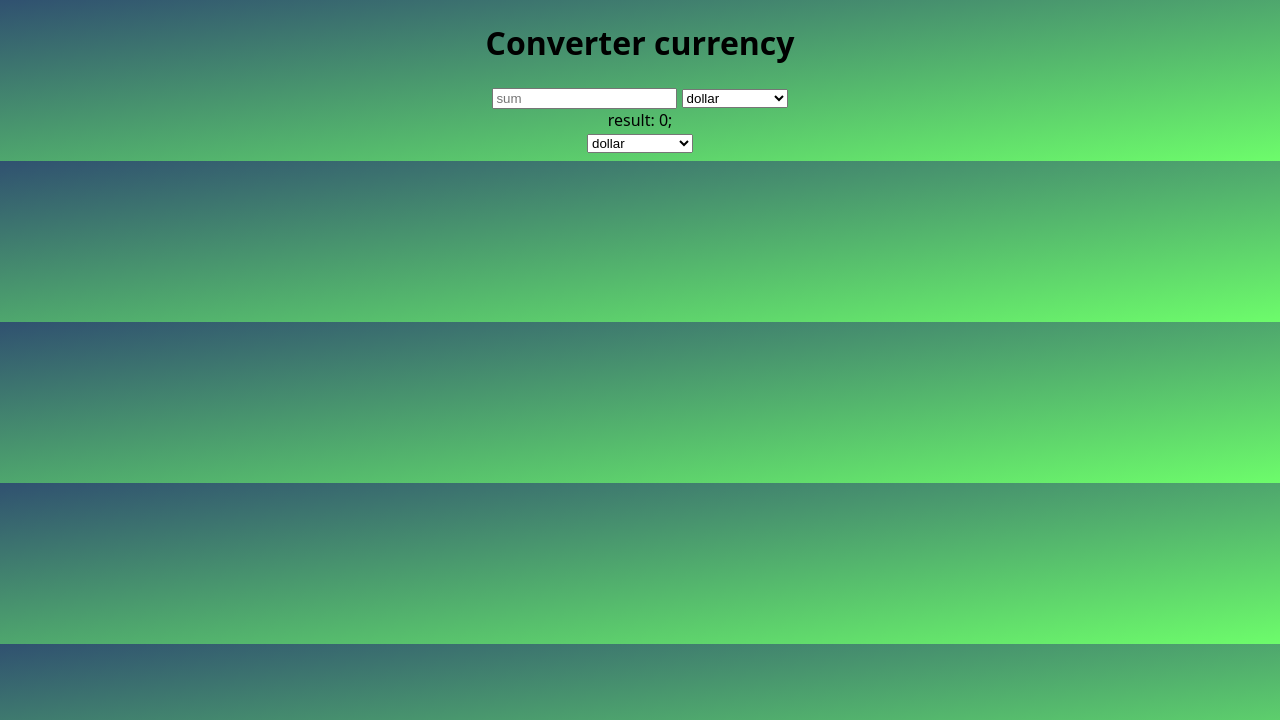
Repository: qtqqrdy13/converter_currerncy
Page: index.html
These files come from the project's save history. The page is drawn as it stood at one moment and after the next save; the edit follows.
The browser window is 1280 px wide. The pictures show the whole page.

Above is the page before, as saved 2023-10-30 14:23:47.

After the next save:
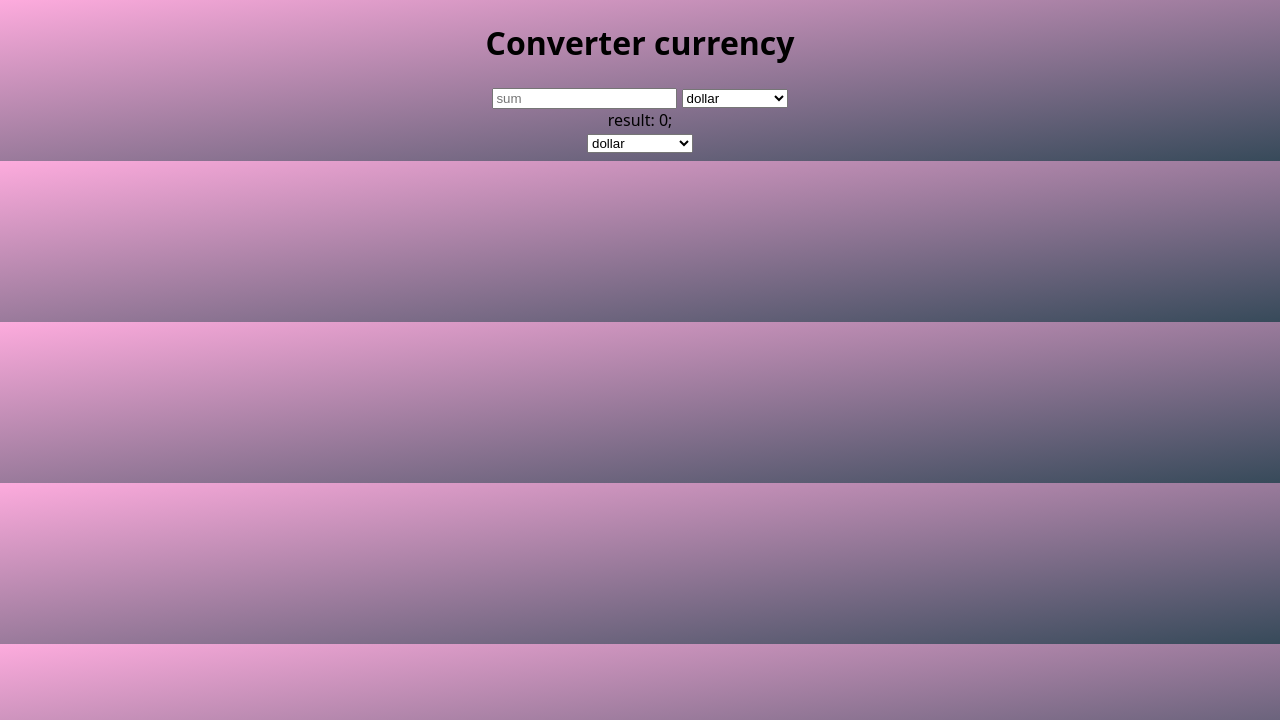
Saved 36 s later.
--- a/style.css
+++ b/style.css
@@ -1,7 +1,7 @@
 body{
     font-family: system-ui, -apple-system, BlinkMacSystemFont, 'Segoe UI', Roboto, Oxygen, Ubuntu, Cantarell, 'Open Sans', 'Helvetica Neue', sans-serif;
     text-align: center;
-    background-image: linear-gradient(to bottom right, #305170, #6DFC6B);
+    background-image: linear-gradient(to bottom right, #FDABDD, #374A5A);
     background-size: cover;
 
 }
